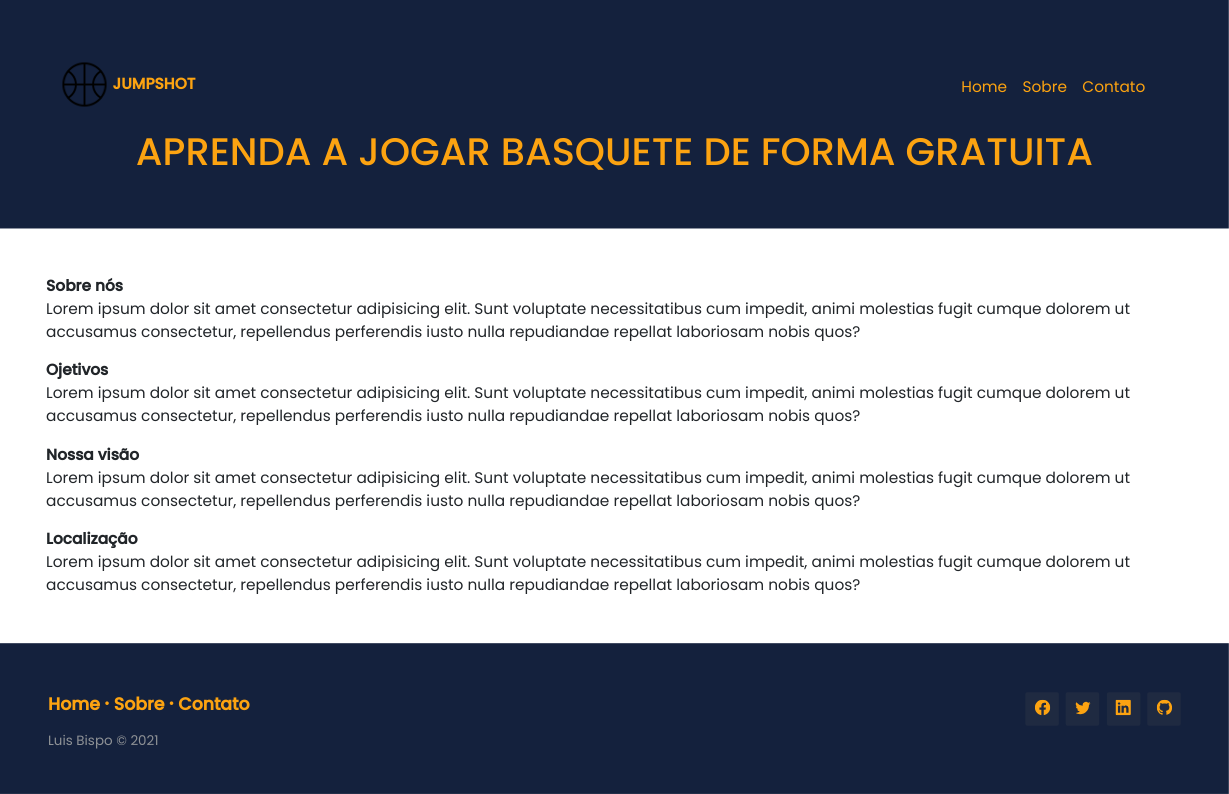
Repository: luisbisp/Jumpshot
Page: pages/about.html
The author's editor kept a copy of each file at every save. The page is drawn from the files as they stood at one save, then again after the next save.
The browser window is 1280 px wide. The pictures show the whole page, at 96% of full size.

Above is the page before, as saved 2021-07-07 20:33:58.

After the next save:
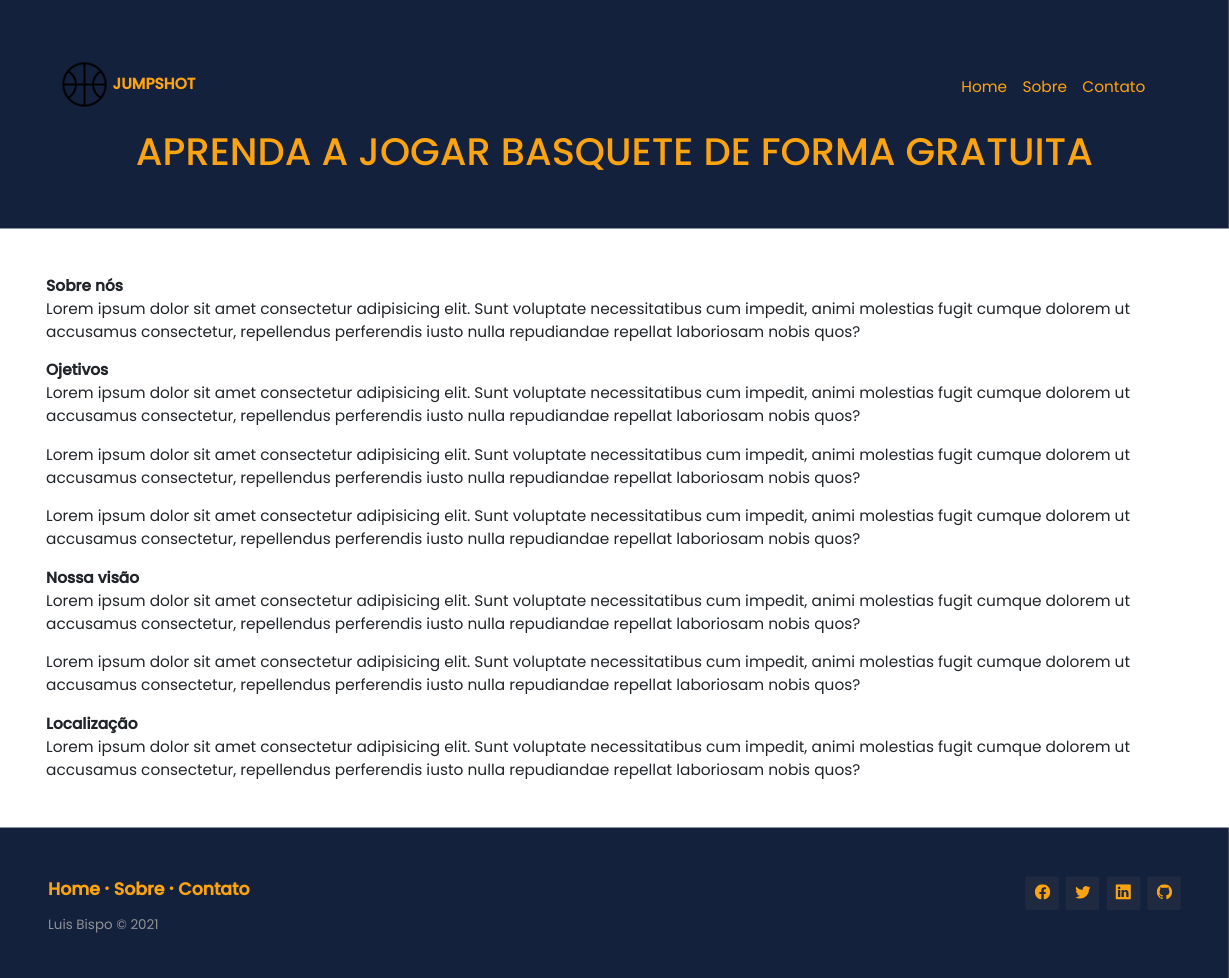
Saved 22 min 12 s later.
--- a/pages/about.html
+++ b/pages/about.html
@@ -72,7 +72,22 @@
                 accusamus consectetur, repellendus perferendis iusto nulla repudiandae repellat
                 laboriosam nobis quos?
             </p>
+            <p> Lorem ipsum dolor sit amet consectetur adipisicing elit. Sunt
+                voluptate necessitatibus cum impedit, animi molestias fugit cumque dolorem ut
+                accusamus consectetur, repellendus perferendis iusto nulla repudiandae repellat
+                laboriosam nobis quos?
+            </p>
+            <p> Lorem ipsum dolor sit amet consectetur adipisicing elit. Sunt
+                voluptate necessitatibus cum impedit, animi molestias fugit cumque dolorem ut
+                accusamus consectetur, repellendus perferendis iusto nulla repudiandae repellat
+                laboriosam nobis quos?
+            </p>
             <strong>Nossa visão</strong>
+            <p> Lorem ipsum dolor sit amet consectetur adipisicing elit. Sunt
+                voluptate necessitatibus cum impedit, animi molestias fugit cumque dolorem ut
+                accusamus consectetur, repellendus perferendis iusto nulla repudiandae repellat
+                laboriosam nobis quos?
+            </p>
             <p> Lorem ipsum dolor sit amet consectetur adipisicing elit. Sunt
                 voluptate necessitatibus cum impedit, animi molestias fugit cumque dolorem ut
                 accusamus consectetur, repellendus perferendis iusto nulla repudiandae repellat
